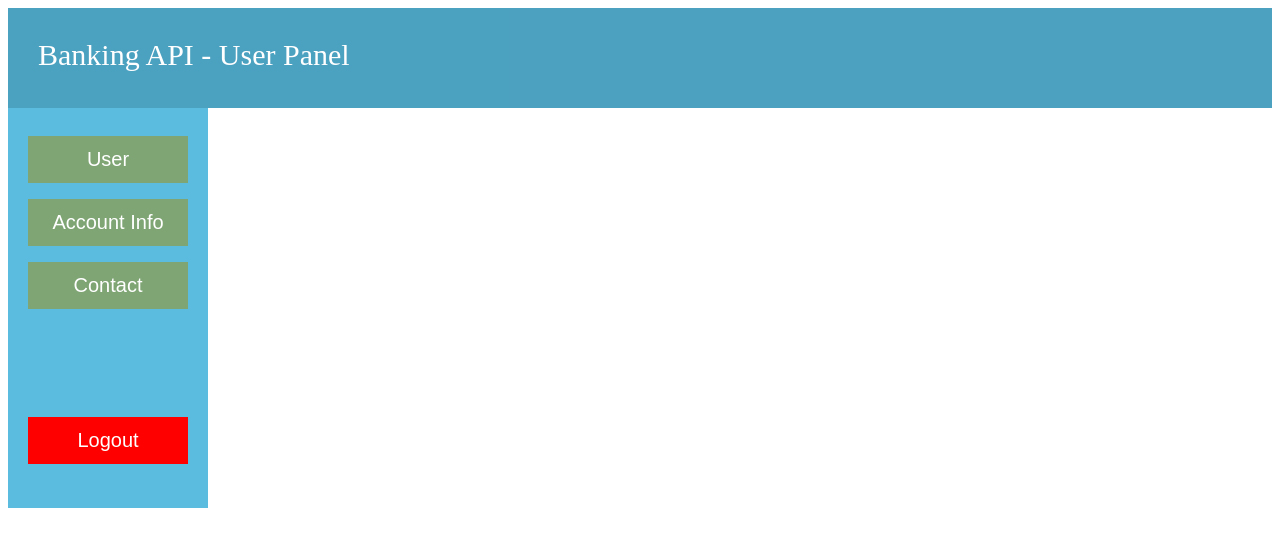
Repository: kennyufish/Revature_ROCP1_Project_Banking_API
Page: banking_api/src/main/webapp/userInfo.html
An editor plug-in stored every save of this project. The page is shown before and after the next save, followed by the edit.
The browser window is 1280 px wide. The pictures show the whole page.

Above is the page before, as saved 2020-10-10 16:13:15.

### banking_api/src/main/webapp/userInfo.html
<!DOCTYPE html>
<html>
<head>
<meta charset="ISO-8859-1">
<meta name="viewport" content="width=device-wirdth, initial-scale=1">
<style>
* {
	box-sizing: border-box;
	font-size: 20px;
}

header {
	background-color: #007AA6;
	opacity:0.7;
	color:white;
	padding: 30px;
	font-size: 30px;
	height: 100px;
	width:100%;
}

nav {
	float: left;
	width: 200px;
	background-color:#5BBCDF;
	padding: 20px;
	height: 400px;
}

article {
	witdth: 100%;
	height: 400px;
	background-color: powderblue;
	padding: 20px;
	margin-left:200px;
}

table, th, td {
	border: 1px solid black;
}

.UserLayout {
	font-size:20px;
	background-color: powderblue;
	border: 2px solid black;
	padding: 20px;
	width: 100%;
	height: 550px;
	margin: 0 auto;
}

button{
	background-color:#7FA574;
	color:white;
	padding: 12px 15px;
	margin: 8px 0;
	border:none;
	cursor:pointer;
	width:100%;
}
button:hover {
opacity:0.5
}

.logoutButton{
	background-color:red;
	color:white;
	padding: 12px 15px;
	margin: 8px 0;
	border:none;
	cursor:pointer;
	width:100%;
	margin-top: 100px;
}

</style>
<title>User Panel</title>
</head>
<body>
	<header>Banking API - User Panel</header>
	<section>
		<nav>

		<form action="userInfo">
		<button type="submit" >User</button>
		</form>

		<form action="displayAccount">
		<button type="submit" >Account Info</button>
		</form>

		<form action="#">
		<button type="submit" >Contact</button>
		</form>

		<form action="loginUser">
		<button class="logoutButton" type="submit" >Logout</button>
		</form>
		</nav>
	</section>
</body>
</html>

After the next save:
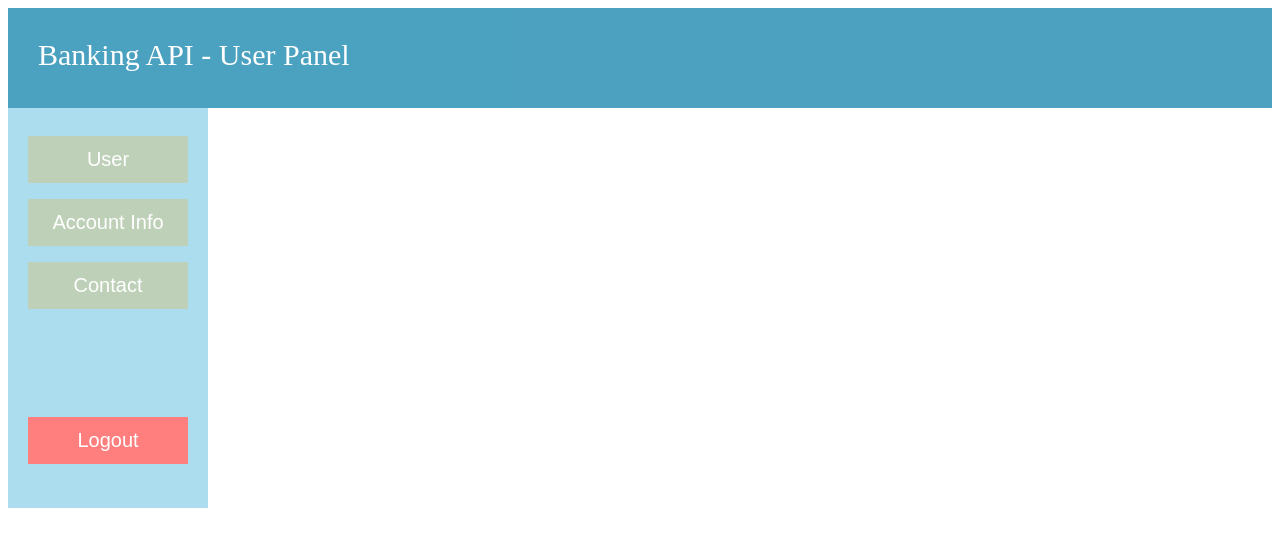
Saved 2 min 29 s later.
--- a/banking_api/src/main/webapp/userInfo.html
+++ b/banking_api/src/main/webapp/userInfo.html
@@ -25,6 +25,8 @@ nav {
 	background-color:#5BBCDF;
 	padding: 20px;
 	height: 400px;
+	opacity:0.5
+
 }
 
 article {
